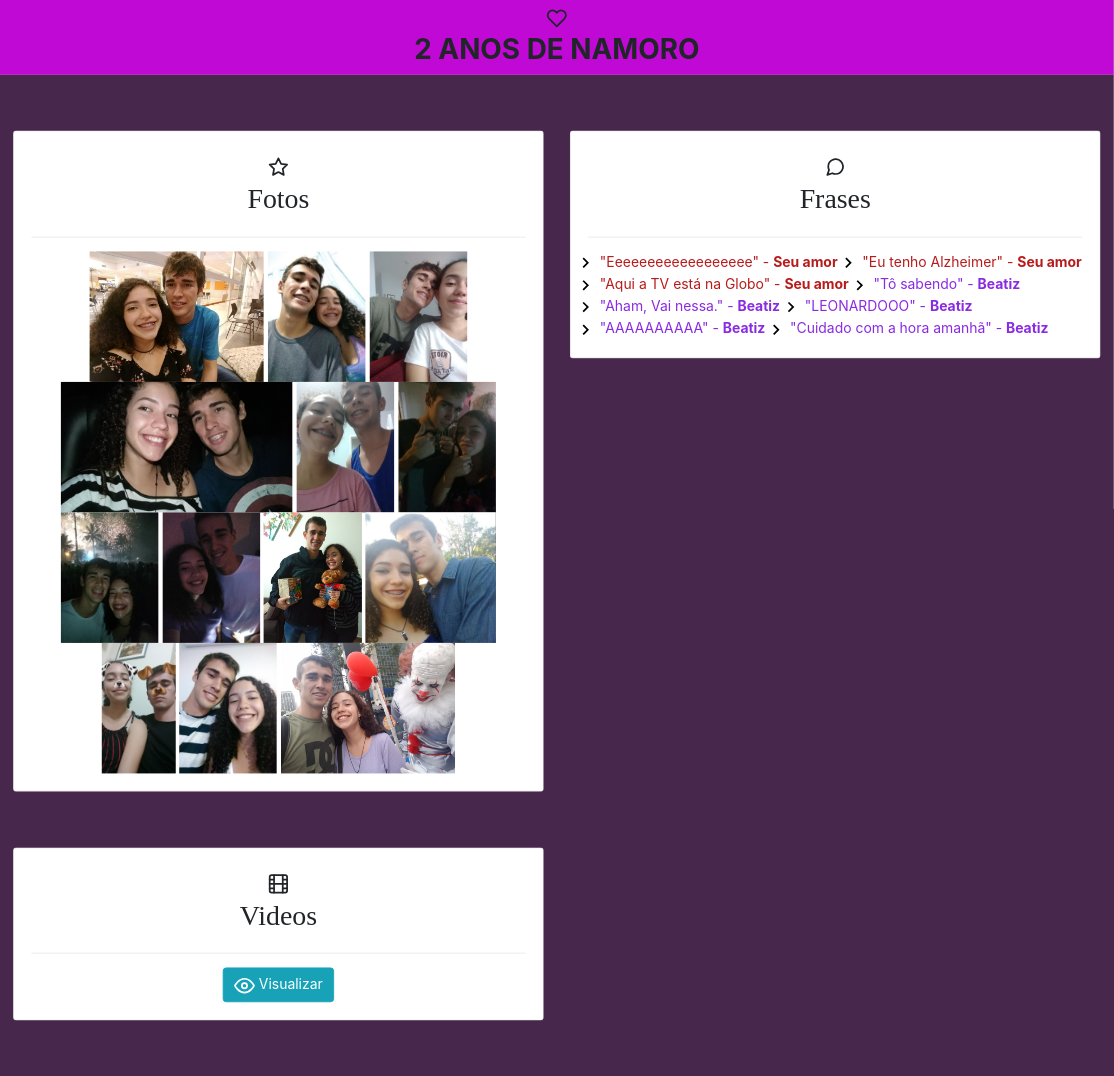
Repository: MeuAmor/meuamor.github.io
Page: index.html
These files come from the project's save history. The page is drawn as it stood at one moment and after the next save; the edit follows.
The browser window is 1280 px wide. The pictures show the whole page, at 87% of full size.

Above is the page before, as saved 2019-08-21 23:21:58.

### index.html
<!DOCTYPE html>
<html lang="pt">
<head>
  <title>2 ANOS</title>
  <meta charset="utf-8">
  <meta name="viewport" content="width=device-width, initial-scale=1">
  <link rel="stylesheet" href="assets/css/bootstrap4.1/bootstrap.min.css">
  <script src="assets/js/jquery.3.3.1.min.js"></script>
  <script src="assets/js/bootstrap4.1/popper.min.js"></script>
	<script src="assets/js/bootstrap4.1/bootstrap.min.js"></script>
	<!-- <style>
			hr {
				margin-top: 1rem;
				margin-bottom: 1rem;
				border: 5;
				border-top: 1px solid rgba(0, 0, 0, 0.1);
			}
		</style> -->
</head>
<body class="container-fluid">


	<div class="row" style="background:#c109d6">
		<div class="col-md-12 text-left">
			<h2>
                <!-- <svg xmlns="http://www.w3.org/2000/svg" width="24" height="24" viewBox="0 0 24 24" fill="none" stroke="currentColor"
                        stroke-width="2" stroke-linecap="round" stroke-linejoin="round" class="feather feather-heart">
                    <path d="M20.84 4.61a5.5 5.5 0 0 0-7.78 0L12 5.67l-1.06-1.06a5.5 5.5 0 0 0-7.78 7.78l1.06 1.06L12 21.23l7.78-7.78 1.06-1.06a5.5 5.5 0 0 0 0-7.78z"/>
                </svg> -->
                <div class="text-center">

                    <svg xmlns="http://www.w3.org/2000/svg" width="24" height="24" viewBox="0 0 24 24" fill="none" stroke="currentColor"
                            stroke-width="2" stroke-linecap="round" stroke-linejoin="round" class="feather feather-heart">
                        <path d="M20.84 4.61a5.5 5.5 0 0 0-7.78 0L12 5.67l-1.06-1.06a5.5 5.5 0 0 0-7.78 7.78l1.06 1.06L12 21.23l7.78-7.78 1.06-1.06a5.5 5.5 0 0 0 0-7.78z"/>
                    </svg>
                </div>
                <div class="text-center" >

                    <b>2 ANOS DE NAMORO </b>
                </div>
            </h2>
		</div>
		<div class="col-md-6 " id="redes_sociais">
			<!-- <a style="margin:10px;" class="btn btn-info btn-xs float-right" href="http://www.linkedin.com/in/leonardo-bernardes-da-silva-a8869b132">
				<svg xmlns="http://www.w3.org/2000/svg" width="24" height="24" viewBox="0 0 24 24" fill="none" stroke="currentColor" stroke-width="2" stroke-linecap="round" stroke-linejoin="round" class="feather feather-linkedin">
					<path d="M16 8a6 6 0 0 1 6 6v7h-4v-7a2 2 0 0 0-2-2 2 2 0 0 0-2 2v7h-4v-7a6 6 0 0 1 6-6z"></path><rect x="2" y="9" width="4" height="12"></rect>
					<circle cx="4" cy="4" r="2"></circle></svg>	LinkedIn</a>
				<a style="margin:10px;" class="btn btn-primary btn-xs float-right" href="http://www.facebook.com/lezinho.bernardes">
					<svg xmlns="http://www.w3.org/2000/svg" width="24" height="24" viewBox="0 0 24 24" fill="none" stroke="currentColor" stroke-width="2" stroke-linecap="round" stroke-linejoin="round" class="feather feather-facebook">
						<path d="M18 2h-3a5 5 0 0 0-5 5v3H7v4h3v8h4v-8h3l1-4h-4V7a1 1 0 0 1 1-1h3z"></path>
					</svg>
					LinkedIn
				</a>  -->
		</div>


</div>
<div class="row" style="background:#48274c;min-height: 500px;">

	<!-- <hr> -->
	<!-- <p style="margin: 10px;">
		<a class="btn btn-dark" data-toggle="collapse" href="#multiCollapseExample1" role="button" aria-expanded="false" aria-controls="multiCollapseExample1">Toggle first element</a>
		<button class="btn btn-dark" type="button" data-toggle="collapse" data-target="#multiCollapseExample2" aria-expanded="false" aria-controls="multiCollapseExample2">Toggle second element</button>
		<button class="btn btn-dark" type="button" data-toggle="collapse" data-target=".multi-collapse" aria-expanded="false" aria-controls="multiCollapseExample1 multiCollapseExample2">Toggle both elements</button> -->
	<!-- </p> -->


	<div class="col-md-6" style="margin-top: 5%;">
		<div class="card card-body">
            <h2 id="openFotos">
                <div class="text-center">

                    <svg xmlns="http://www.w3.org/2000/svg" width="24" height="24" viewBox="0 0 24 24"
                        fill="none" stroke="currentColor" stroke-width="2" stroke-linecap="round" stroke-linejoin="round"
                        class="feather feather-star">
                        <polygon points="12 2 15.09 8.26 22 9.27 17 14.14 18.18 21.02 12 17.77 5.82 21.02 7 14.14 2 9.27 8.91 8.26 12 2"/>
                    </svg>
                </div>
                <div class="text-center" style="font-family: 'Times New Roman', Times, serif">

                    Fotos
                </div>
            </h2>
            <hr>
            <div id="fotos" class="hide">
                <div class="text-center">
                    <img src="imagens/primeira_foto.jpg" alt="Primeira Foto" height="150px;">
                    <img src="imagens/terceira_foto.jpg" alt="Terceira Foto" height="150px;">
                    <img src="imagens/quarta_foto.jpg" alt="Quarta Foto" height="150px;">
                    <img src="imagens/2.jpg" alt="" height="150px;">
                    <img src="imagens/3.jpg" alt="" height="150px;">
                    <img src="imagens/4.jpg" alt="" height="150px;">
                    <img src="imagens/segunda_foto.jpg" alt="Segunda Foto" height="150px;">
                    <img src="imagens/5.jpg" alt="" height="150px;">
                    <img src="imagens/6.jpg" alt="" height="150px;">
                    <img src="imagens/7.jpg" alt="" height="150px;">
                    <img src="imagens/8.jpg" alt="" height="150px;">
                    <img src="imagens/10.jpg" alt="" height="150px;">
                    <img src="imagens/9.jpg" alt="" height="150px;">
                </div>
            </div>
		</div>
	</div>
	<div class="col-md-6" style="margin-top: 5%;margin-bottom: 5%;">
		<div class="card card-body">
            <h2 style="text-align:center;">
                <div class="text-center">

                    <svg xmlns="http://www.w3.org/2000/svg" width="24" height="24" viewBox="0 0 24 24" fill="none" stroke="currentColor" stroke-width="2" stroke-linecap="round" stroke-linejoin="round" class="feather feather-message-circle">
                    <path d="M21 11.5a8.38 8.38 0 0 1-.9 3.8 8.5 8.5 0 0 1-7.6 4.7 8.38 8.38 0 0 1-3.8-.9L3 21l1.9-5.7a8.38 8.38 0 0 1-.9-3.8 8.5 8.5 0 0 1 4.7-7.6 8.38 8.38 0 0 1 3.8-.9h.5a8.48 8.48 0 0 1 8 8v.5z"/></svg>
                </div>
                <div class="text-center" style="font-family: 'Times New Roman', Times, serif">
                    Frases
                </div>
            </h2>
			<hr>
            <div class="row" >
                    <div style="color: #b71c1c;">
                        <svg xmlns="http://www.w3.org/2000/svg" width="24" height="24" viewBox="0 0 24 24">
                            <path d="M8.59 16.59L13.17 12 8.59 7.41 10 6l6 6-6 6-1.41-1.41z"/>
                            <path fill="none" d="M0 0h24v24H0V0z"/>
                        </svg>
                        "Eeeeeeeeeeeeeeeeee" - <b> Seu amor</b>
                    </div>
                    <div style="color: #b71c1c;">
                        <svg xmlns="http://www.w3.org/2000/svg" width="24" height="24" viewBox="0 0 24 24">
                            <path d="M8.59 16.59L13.17 12 8.59 7.41 10 6l6 6-6 6-1.41-1.41z"/>
                            <path fill="none" d="M0 0h24v24H0V0z"/>
                        </svg>
                        "Eu tenho Alzheimer" - <b> Seu amor</b>
                    </div>
                    <div style="color: #b71c1c;">
                        <svg xmlns="http://www.w3.org/2000/svg" width="24" height="24" viewBox="0 0 24 24">
                            <path d="M8.59 16.59L13.17 12 8.59 7.41 10 6l6 6-6 6-1.41-1.41z"/>
                            <path fill="none" d="M0 0h24v24H0V0z"/>
                        </svg>
                        "Aqui a TV está na Globo" - <b> Seu amor</b>
                    </div>
                    <div style="color: blueviolet;">
                        <svg xmlns="http://www.w3.org/2000/svg" width="24" height="24" viewBox="0 0 24 24">
                            <path d="M8.59 16.59L13.17 12 8.59 7.41 10 6l6 6-6 6-1.41-1.41z"/>
                            <path fill="none" d="M0 0h24v24H0V0z"/>
                        </svg>
                        "Tô sabendo" - <b>Beatiz </b><br>

                    </div>
                    <div style="color: blueviolet;">
                        <svg xmlns="http://www.w3.org/2000/svg" width="24" height="24" viewBox="0 0 24 24">
                            <path d="M8.59 16.59L13.17 12 8.59 7.41 10 6l6 6-6 6-1.41-1.41z"/>
                            <path fill="none" d="M0 0h24v24H0V0z"/>
                        </svg>
                        "Aham, Vai nessa." - <b>Beatiz </b><br>

                    </div>
                    <div style="color: blueviolet;">
                        <svg xmlns="http://www.w3.org/2000/svg" width="24" height="24" viewBox="0 0 24 24">
                            <path d="M8.59 16.59L13.17 12 8.59 7.41 10 6l6 6-6 6-1.41-1.41z"/>
                            <path fill="none" d="M0 0h24v24H0V0z"/>
                        </svg>
                        "LEONARDOOO" - <b>Beatiz </b><br>
                    </div>
                    <div style="color: blueviolet;">
                        <svg xmlns="http://www.w3.org/2000/svg" width="24" height="24" viewBox="0 0 24 24">
                            <path d="M8.59 16.59L13.17 12 8.59 7.41 10 6l6 6-6 6-1.41-1.41z"/>
                            <path fill="none" d="M0 0h24v24H0V0z"/>
                        </svg>
                        "AAAAAAAAAA" - <b>Beatiz </b><br>
                    </div>
                    <div style="color: blueviolet;">
                        <svg xmlns="http://www.w3.org/2000/svg" width="24" height="24" viewBox="0 0 24 24">
                            <path d="M8.59 16.59L13.17 12 8.59 7.41 10 6l6 6-6 6-1.41-1.41z"/>
                            <path fill="none" d="M0 0h24v24H0V0z"/>
                        </svg>
                        "Cuidado com a hora amanhã" - <b>Beatiz </b><br>
                    </div>
            </div>

        </div>

    </div>
    <div class="col-md-6" style="margin-top: 5%;margin-bottom: 5%;">
        <div class="card card-body">
            <h2 style="text-align:center;">
                <div class="text-center">

                    <svg xmlns="http://www.w3.org/2000/svg" width="24" height="24" viewBox="0 0 24 24" fill="none" stroke="currentColor" stroke-width="2" stroke-linecap="round" stroke-linejoin="round" class="feather feather-film">
                        <rect x="2" y="2" width="20" height="20" rx="2.18" ry="2.18"/>
                        <line x1="7" y1="2" x2="7" y2="22"/>
                        <line x1="17" y1="2" x2="17" y2="22"/>
                        <line x1="2" y1="12" x2="22" y2="12"/>
                        <line x1="2" y1="7" x2="7" y2="7"/>
                        <line x1="2" y1="17" x2="7" y2="17"/>
                        <line x1="17" y1="17" x2="22" y2="17"/>
                        <line x1="17" y1="7" x2="22" y2="7"/>
                    </svg>
                </div>
                <div class="text-center" style="font-family: 'Times New Roman', Times, serif">
                    Videos
                </div>
            </h2>
            <hr>
            <div class="row">
                <div class="col-md-12 text-center" style="color: blueviolet;">
                    <a href="https://drive.google.com/drive/folders/1cs1njrZBseK-pT5WebYxWXJ5JDjdfowP?usp=sharing" class="btn btn-info ">
                        <svg xmlns="http://www.w3.org/2000/svg" width="24" height="24" viewBox="0 0 24 24" fill="none" stroke="currentColor"
                            stroke-width="2" stroke-linecap="round" stroke-linejoin="round" class="feather feather-eye">
                            <path d="M1 12s4-8 11-8 11 8 11 8-4 8-11 8-11-8-11-8z"/><circle cx="12" cy="12" r="3"/>
                        </svg>
                        Visualizar
                    </a>
                </div>

            </div>
        </div>

    </div>

</div>
<script>
    $("#openFotos").click(function(){
        if($("#fotos").hasClass('hide'))
        {
            $("#fotos").removeClass('hide');
            $("#fotos").addClass('show');
        }
        else
        {
            $("#fotos").removeClass('show');
            $("#fotos").addClass('hide');
        }
    });
</script>
</body>
</html>

Loaded but not shown: assets/css/bootstrap4.1/bootstrap.min.css (library); assets/js/jquery.3.3.1.min.js (library); assets/js/bootstrap4.1/popper.min.js (library); assets/js/bootstrap4.1/bootstrap.min.js (library)

After the next save:
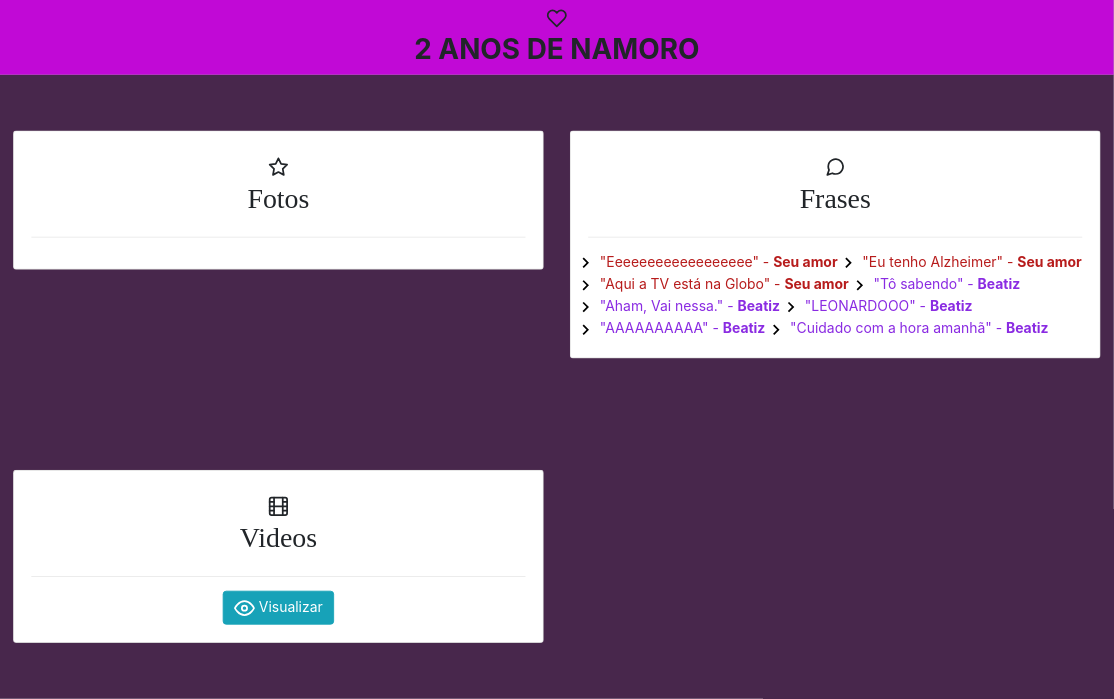
Saved 115 s later.
--- a/index.html
+++ b/index.html
@@ -8,14 +8,14 @@
   <script src="assets/js/jquery.3.3.1.min.js"></script>
   <script src="assets/js/bootstrap4.1/popper.min.js"></script>
 	<script src="assets/js/bootstrap4.1/bootstrap.min.js"></script>
-	<!-- <style>
-			hr {
-				margin-top: 1rem;
-				margin-bottom: 1rem;
-				border: 5;
-				border-top: 1px solid rgba(0, 0, 0, 0.1);
-			}
-		</style> -->
+	<style>
+        .hide {
+            display: none;
+        }
+        .show{
+            display:block;
+        }
+    </style>
 </head>
 <body class="container-fluid">
 
